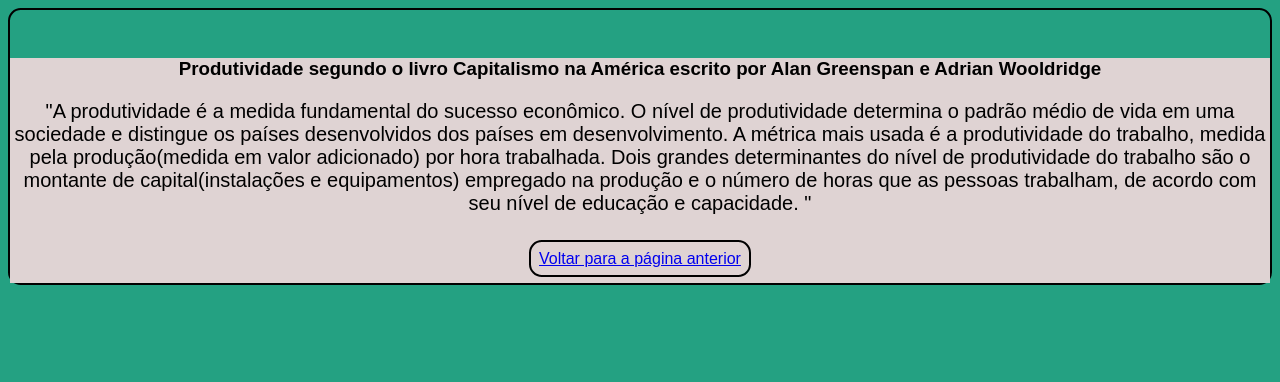
Repository: batmit/FutureFundation.github.io-1
Page: menu/articles/speechs/produtividade.html
These files come from the project's save history. The page is drawn as it stood at one moment and after the next save; the edit follows.
The browser window is 1280 px wide. The pictures show the whole page.

Above is the page before, as saved 2021-11-07 17:31:45.

### menu/articles/speechs/produtividade.html
<!DOCTYPE html>
<html lang="pt-BR">
<head>
    <meta charset="UTF-8">
    <meta http-equiv="X-UA-Compatible" content="IE=edge">
    <meta name="viewport" content="width=device-width, initial-scale=1.0">
    <title>Produtividade segundo o livro Capitalismo na América</title>

    <link rel="stylesheet" href="/menu/main.css">
</head>
<body>
    <div id="all">
        <header>
            <h1></h1>
        </header>
        <h3>Produtividade segundo o livro Capitalismo na América escrito por Alan Greenspan e Adrian Wooldridge</h3>
        <p>"A produtividade é a medida fundamental do sucesso econômico. O nível de produtividade determina o padrão médio de vida em uma sociedade e distingue os países desenvolvidos dos países em desenvolvimento. A métrica mais usada é a produtividade do trabalho, medida pela produção(medida em valor adicionado) por hora trabalhada. Dois grandes determinantes do nível de produtividade do trabalho são o montante de capital(instalações e equipamentos) empregado na produção e o número de horas que as pessoas trabalham, de acordo com seu nível de educação e capacidade. "</p>


        <a href="./citações.html">Voltar para a página anterior</a>
    </div>
</body>
</html>

### menu/main.css
body{

    text-align: center;

    border: black 2px solid;

    border-radius: 0.8rem;

    font-family: 'Ubuntu', arial;

    background-color: rgb(36, 161, 130);


}

#articles {
    gap: 3px;
}

#all{

    background-color: rgb(223, 211, 211);

}


#codigo{
    text-align:left;

}


img{
    text-align: center;
    justify-content: center;

}

p{
    font-size: 20px;
    font-family: 'Ubuntu', arial;
}

a{
    border: 2px solid black;

    border-radius: 0.8rem;

    box-sizing: border-box;

    padding: 0.5rem;

    line-height:3rem;

    margin: 2px;


}

a:hover{

    background-color:#F0FFFF;

}

h1{

    margin-bottom: 3rem;

    color: rgb(177, 174, 17);

}

audio {
    -webkit-transition:all 0.5s linear;
    -moz-transition:all 0.5s linear;
    -o-transition:all 0.5s linear;
    transition:all 0.5s linear;
    -moz-box-shadow: 2px 2px 4px 0px #006773;
    -webkit-box-shadow:  2px 2px 4px 0px #006773;
    box-shadow: 2px 2px 4px 0px #006773;
    -moz-border-radius:7px 7px 7px 7px ;
    -webkit-border-radius:7px 7px 7px 7px ;
    border-radius:7px 7px 7px 7px ;
}

audio:hover, audio:focus, audio:active {

-webkit-box-shadow: 15px 15px 20px rgba(0,0, 0, 0.4);
-moz-box-shadow: 15px 15px 20px rgba(0,0, 0, 0.4);
box-shadow: 15px 15px 20px rgba(0,0, 0, 0.4);
-webkit-transform: scale(1.05);
-moz-transform: scale(1.05);
transform: scale(1.05);

}



@media (max-width: 900px) {


    a{

        display: block;
        line-height: 0.5rem;
        padding: 1rem;

    }

    #img{
        text-align: right;
    }

}

@media (prefers-color-scheme: dark) {
    #all{

        background-color: rgb(90, 73, 73);

    }

    h1{
        color: white
    }

    p{
        color: white;
    }

    a{
        background-color: aqua;
    }

    h3{
        color: white;
    }

    strong {
        color: white;
    }


}

After the next save:
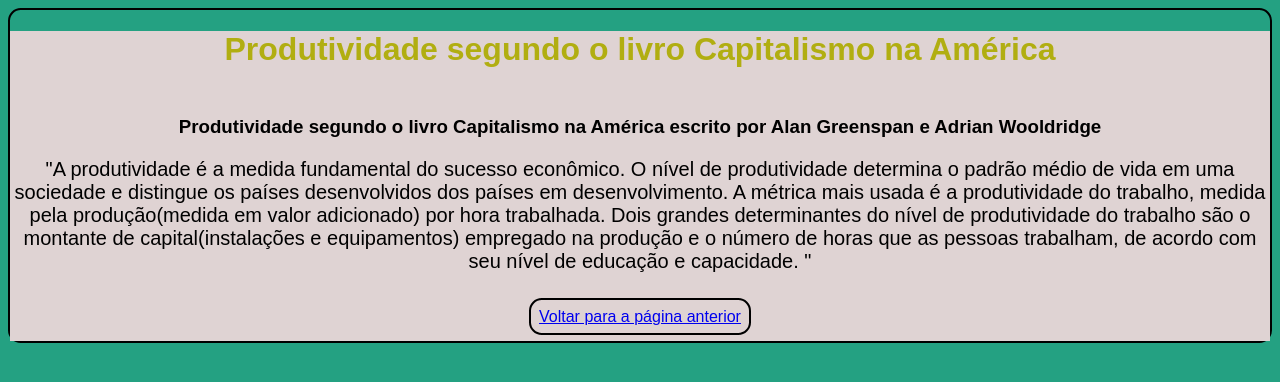
Saved 8 s later.
--- a/menu/articles/speechs/produtividade.html
+++ b/menu/articles/speechs/produtividade.html
@@ -11,7 +11,7 @@
 <body>
     <div id="all">
         <header>
-            <h1></h1>
+            <h1>Produtividade segundo o livro Capitalismo na América</h1>
         </header>
         <h3>Produtividade segundo o livro Capitalismo na América escrito por Alan Greenspan e Adrian Wooldridge</h3>
         <p>"A produtividade é a medida fundamental do sucesso econômico. O nível de produtividade determina o padrão médio de vida em uma sociedade e distingue os países desenvolvidos dos países em desenvolvimento. A métrica mais usada é a produtividade do trabalho, medida pela produção(medida em valor adicionado) por hora trabalhada. Dois grandes determinantes do nível de produtividade do trabalho são o montante de capital(instalações e equipamentos) empregado na produção e o número de horas que as pessoas trabalham, de acordo com seu nível de educação e capacidade. "</p>
